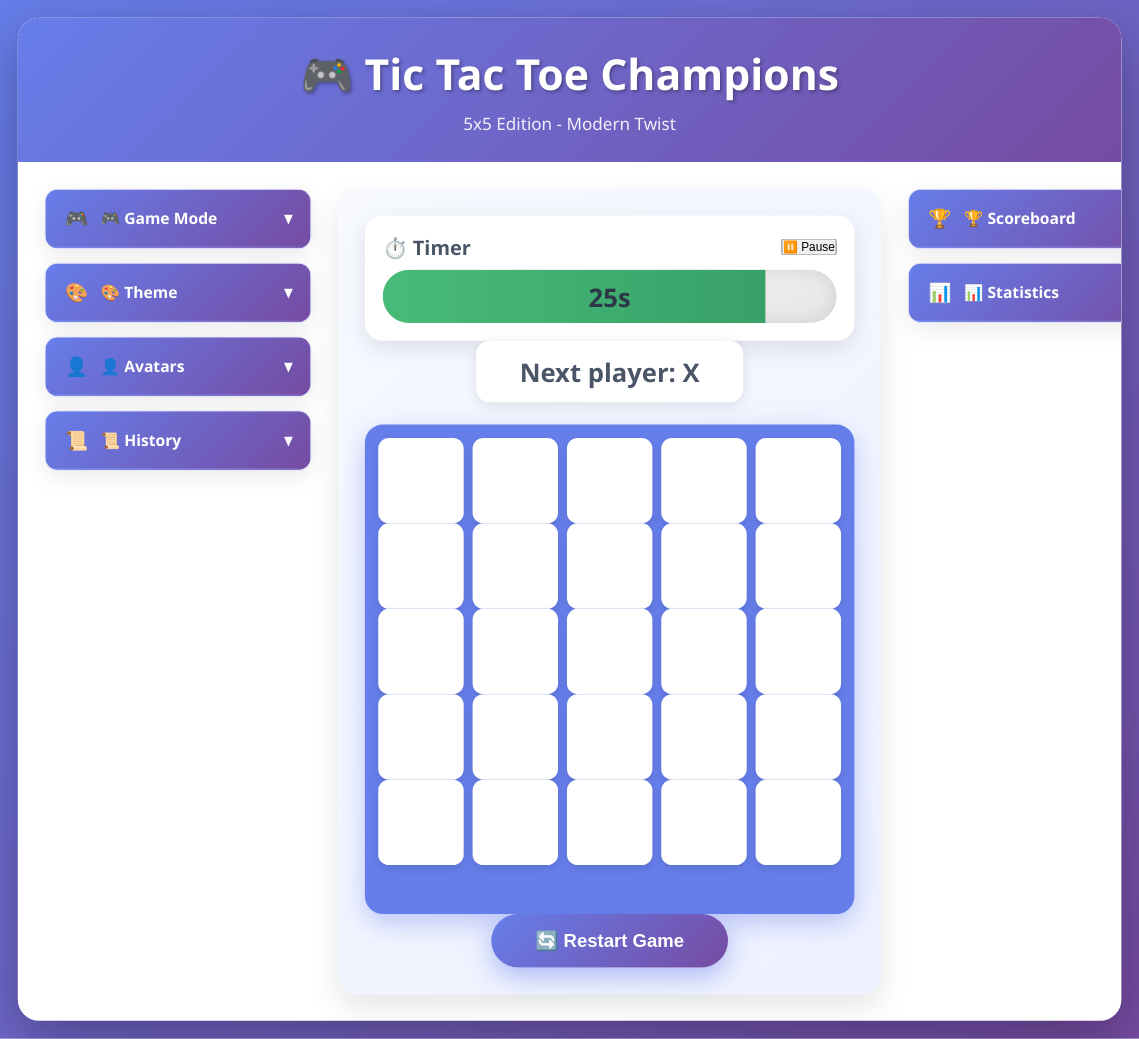
Repository: sofia123776/TIC-TAC-TOE
Page: /
An editor plug-in stored every save of this project. The page is shown before and after the next save, followed by the edit.
The browser window is 1280 px wide. The pictures show the whole page, at 89% of full size.
The project was rebuilt for these pictures with package versions that can differ from the ones it lists, and the page was loaded fresh each time. Also part of the build but not shown: vite.config.js.

Above is the page before, as saved 2025-12-09 17:56:15.

After the next save:
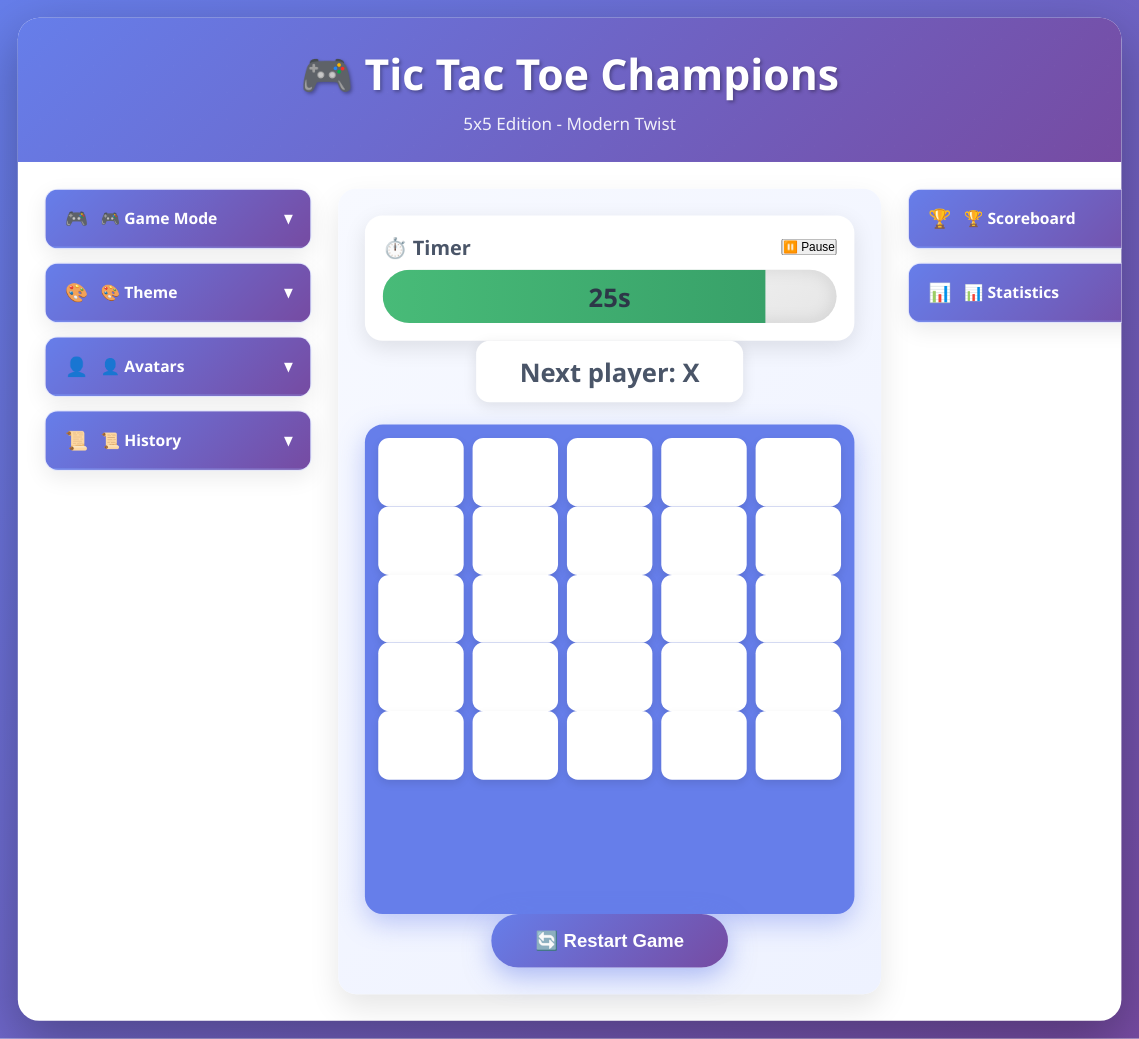
Saved 2 min 31 s later.
--- a/src/App.css
+++ b/src/App.css
@@ -504,10 +504,10 @@
   transition: all 0.3s;
   box-shadow: 0 4px 10px rgba(0, 0, 0, 0.1);
   width: 100%;
-  height: 100%;
+  height: 80%;
   min-width: 0;
   min-height: 0;
-  gap: 100px;
+
 }
 
 .square:hover {

After the save that followed:
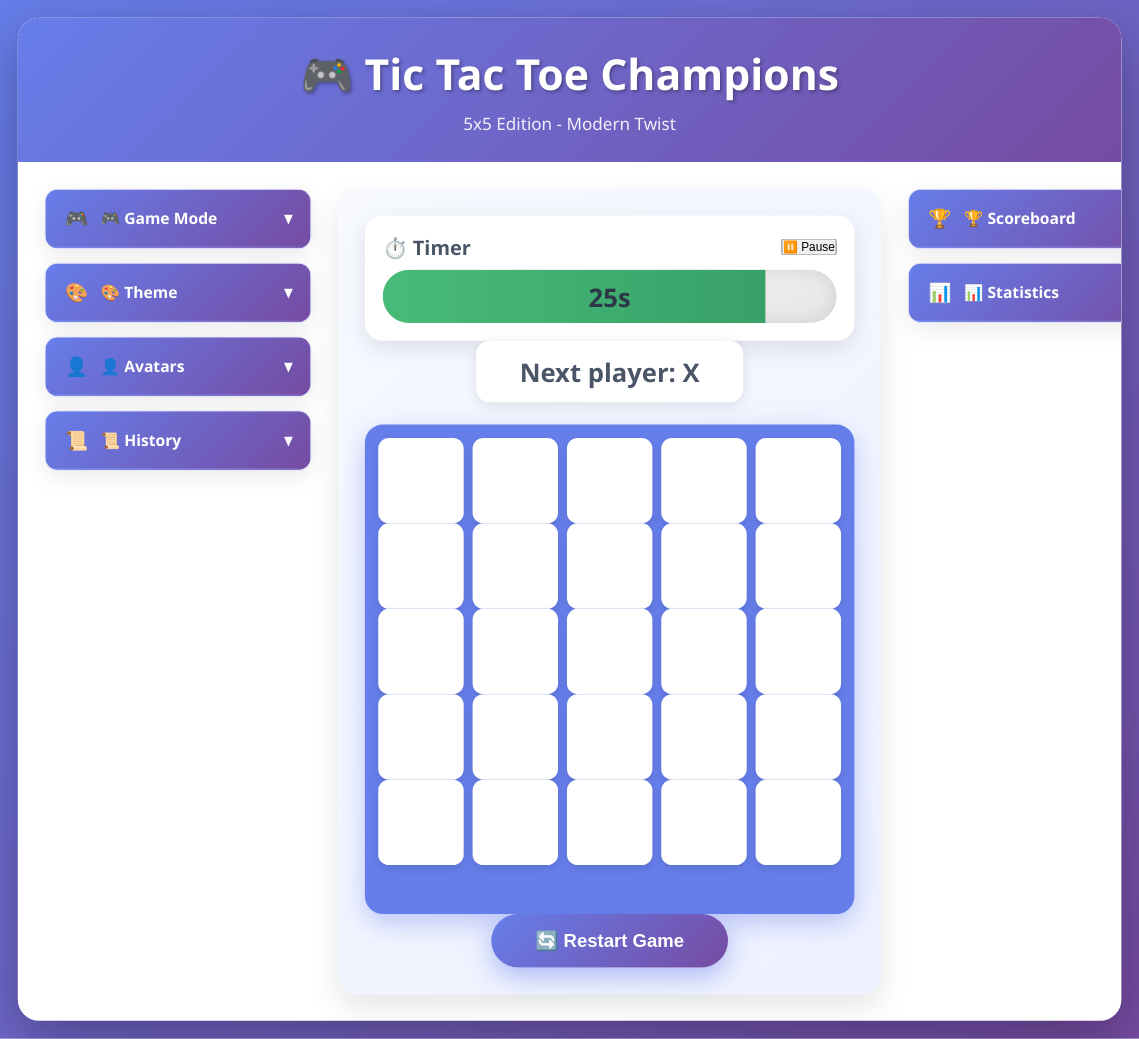
Saved 24 s later.
--- a/src/App.css
+++ b/src/App.css
@@ -504,7 +504,7 @@
   transition: all 0.3s;
   box-shadow: 0 4px 10px rgba(0, 0, 0, 0.1);
   width: 100%;
-  height: 80%;
+  height: 100%;
   min-width: 0;
   min-height: 0;
 
